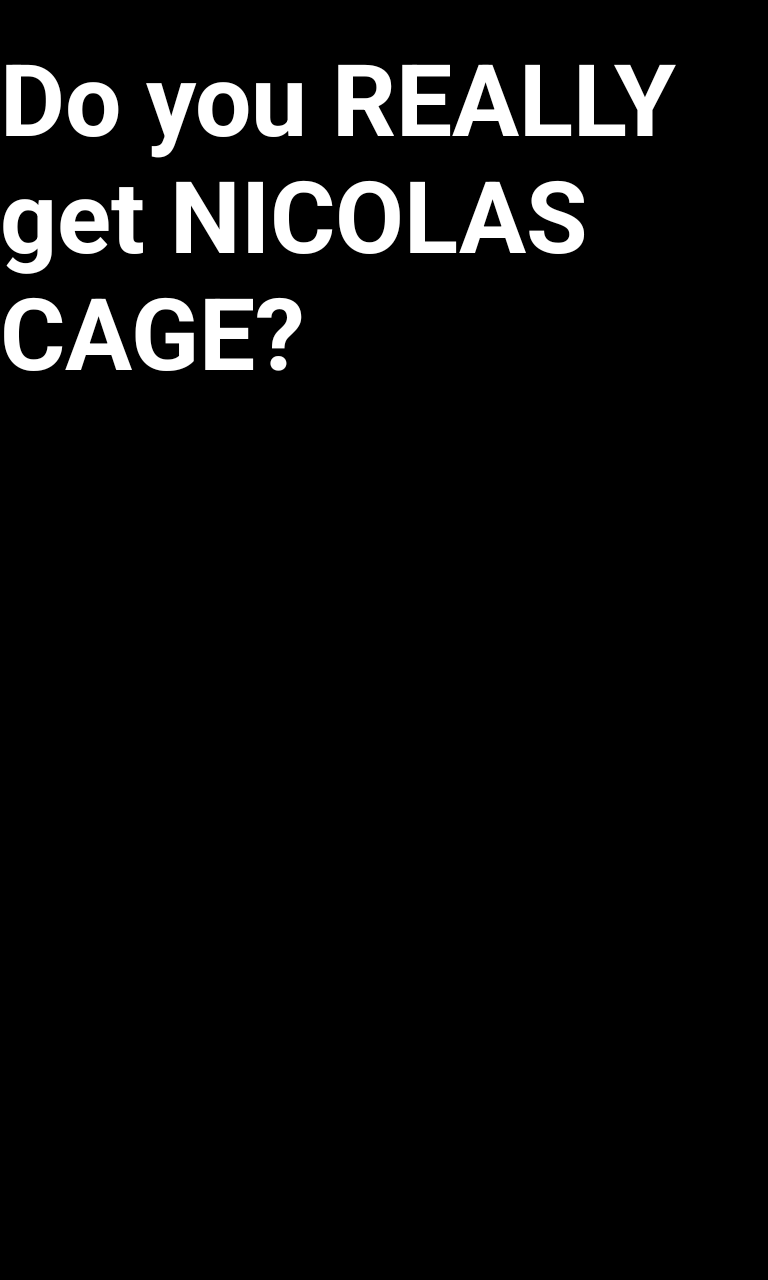
Repository: kylenicola/NicCageMobileApp
Layout: NicolasCageApp/res/layout/activity_score_menu.xml
An editor plug-in stored every save of this project. The layout is shown before and after the next save, followed by the edit.
It is drawn on a 768 x 1280 px phone screen (xhdpi) without system bars, with theme AppTheme; the app's code is not run.

Above is the layout before, as saved 2014-12-04 00:09:09.

After the next save:
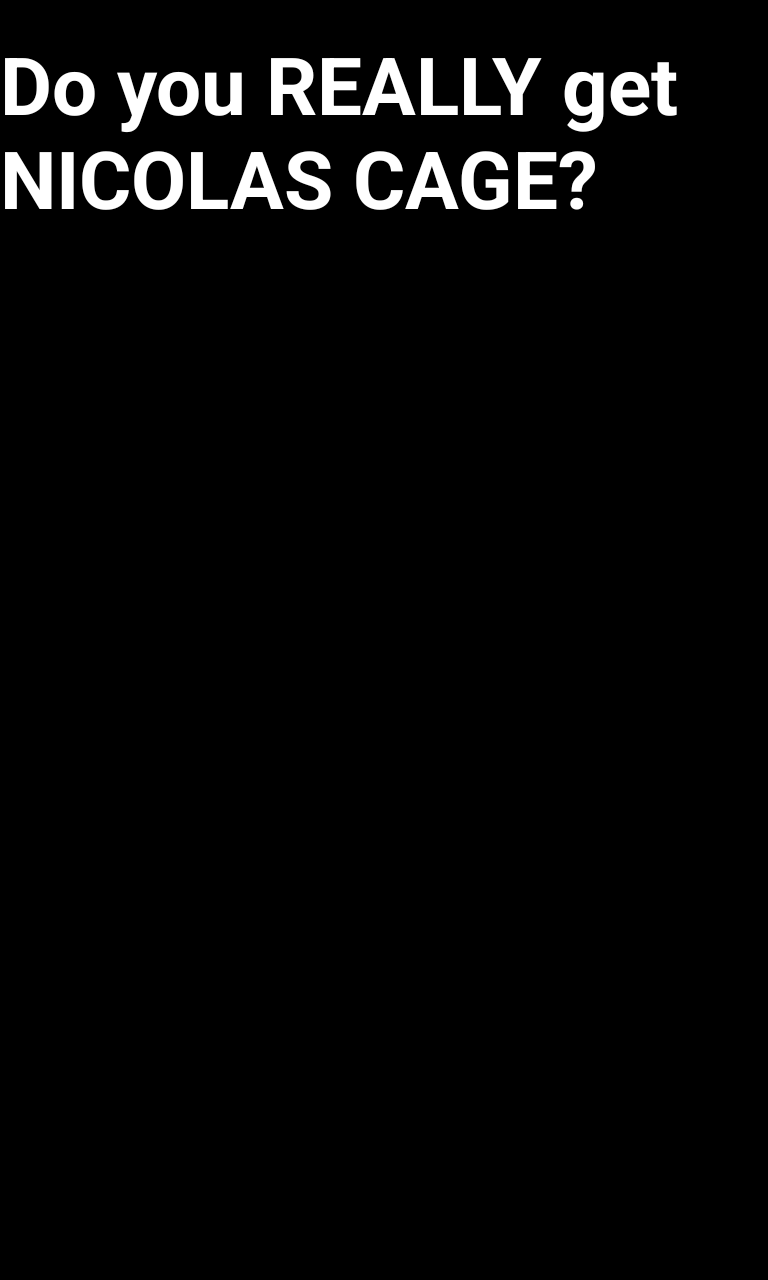
Saved 11 s later.
--- a/NicolasCageApp/res/layout/activity_score_menu.xml
+++ b/NicolasCageApp/res/layout/activity_score_menu.xml
@@ -12,7 +12,7 @@
 	     android:layout_gravity="center"
 	     android:layout_marginTop="15dp"
 	     android:text="@string/score_menu_title"
-	     android:textSize="50sp"
+	     android:textSize="40sp"
 	     android:textStyle="bold"
 	     android:textColor="@android:color/white" />
 
